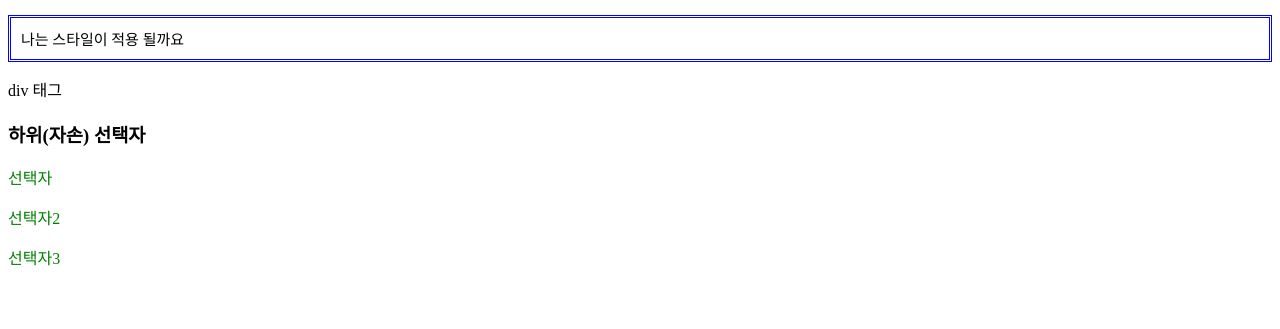
Repository: poomshen/team_03_project2
Page: WebBasic/WebContent/Ex24_Css_Selector.html
An editor plug-in stored every save of this project. The page is shown before and after the next save, followed by the edit.
The browser window is 1280 px wide. The pictures show the whole page.

Above is the page before, as saved 2016-08-29 06:45:45.

### WebBasic/WebContent/Ex24_Css_Selector.html
<!DOCTYPE html>
<html>
<head>
	<meta charset="UTF-8">
	<title>선택자(selector)</title>
	<style type="text/css">
		/*
			기본 선택자(기존에 존재하는 태그 Css)
			p{ color:red}

			다중 선택자
			h1,h2,h3{ color:red}

			.사용자 정의 : 일반적( 적용 : class="mystyle")
			.mystyle {coler :red;}

			# 사용자 정의 : 식별자 (적용 : id ="youstyle")
			.youstyle { color : red }

			결합형태(적용 : class = "one"  ...)
			p.one{color:red}

			자손 , 자식
			div  p{
			color:green ; font-family: "궁서체","명조체","광수체"' }


		*/
		div  p{
			color:green ; font-family: "궁서체","명조체","광수체"'
		}
		.parent > p{
			border : 3px double blue;
			padding: 10px;
			font-size:  15px;
		}
	</style>
</head>
<body class="parent">
	<p>나는 스타일이 적용 될까요</p>
	<div>div 태그</div>

	<h3>하위(자손) 선택자</h3>
	<div>
		<p>선택자</p>
		<p>선택자2</p>
		<div>
		<p> 선택자3</p>
		</div>
	</div>

</body>
</html>

After the next save:
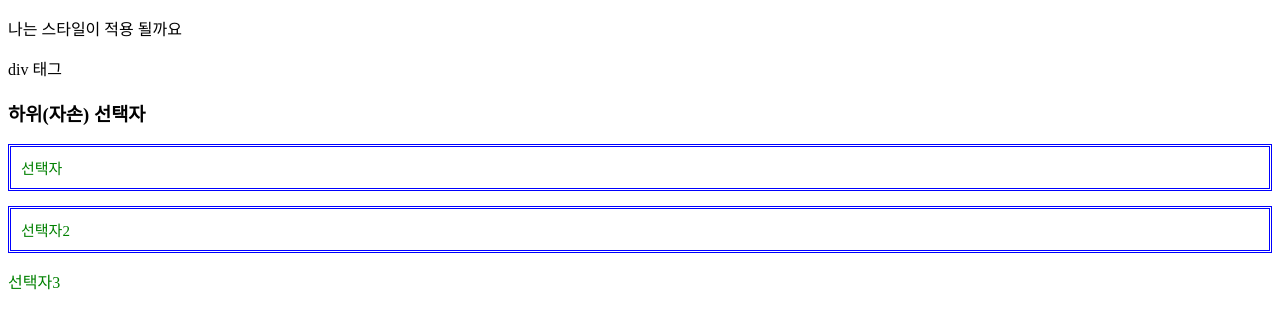
Saved 17 s later.
--- a/WebBasic/WebContent/Ex24_Css_Selector.html
+++ b/WebBasic/WebContent/Ex24_Css_Selector.html
@@ -36,12 +36,12 @@
 		}
 	</style>
 </head>
-<body class="parent">
+<body >
 	<p>나는 스타일이 적용 될까요</p>
 	<div>div 태그</div>
 
 	<h3>하위(자손) 선택자</h3>
-	<div>
+	<div class="parent">
 		<p>선택자</p>
 		<p>선택자2</p>
 		<div>
